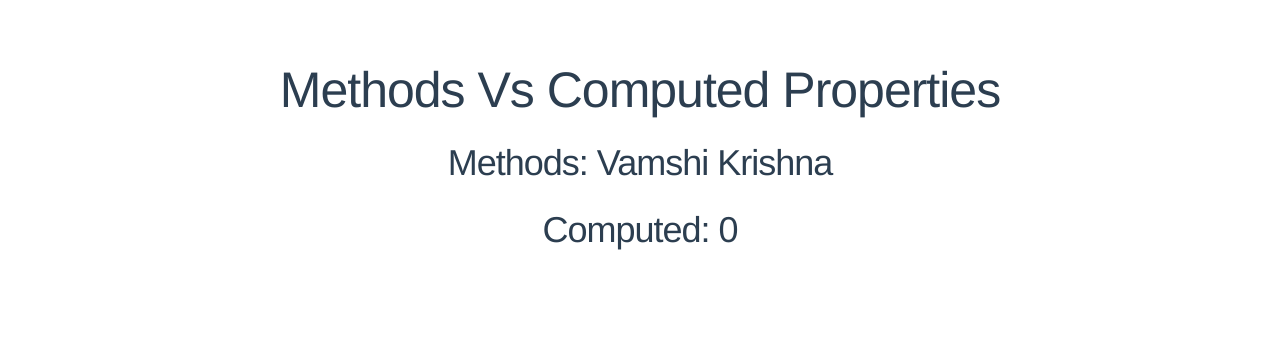
Repository: chsvk/Vue-JS-Course
Page: /
The author's editor kept a copy of each file at every save. The page is drawn from the files as they stood at one save, then again after the next save.
The browser window is 1280 px wide. The pictures show the whole page.
The project was rebuilt for these pictures with package versions that can differ from the ones it lists, and the page was loaded fresh each time. Also part of the build but not shown: src/components/HelloWorld.vue.

Above is the page before, as saved 2019-03-11 22:24:59.

After the next save:
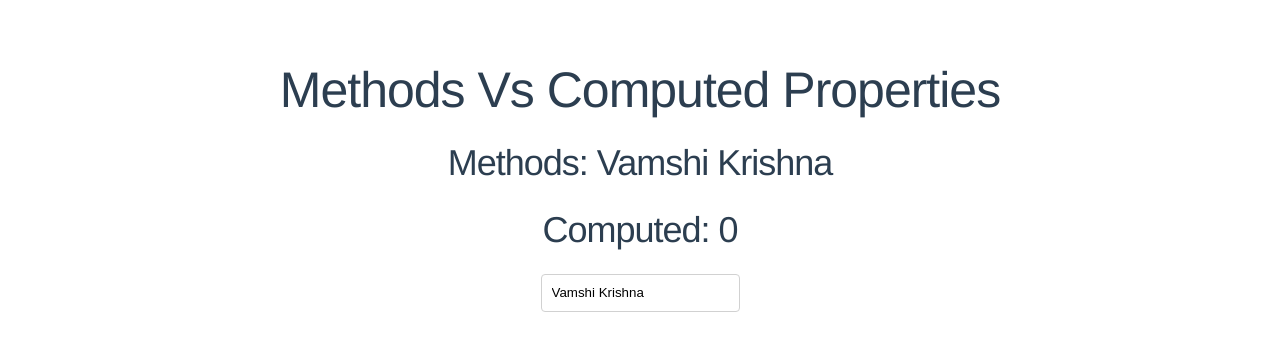
Saved 55 s later.
--- a/src/App.vue
+++ b/src/App.vue
@@ -3,6 +3,7 @@
     <h1>Methods Vs Computed Properties</h1>
     <h3>Methods: {{returnName()}}</h3>
     <h3>Computed: {{sumOfTwo}}</h3>
+    <input type="text" placeholder="Enter Name" v-model="name">
   </div>
 </template>
 
